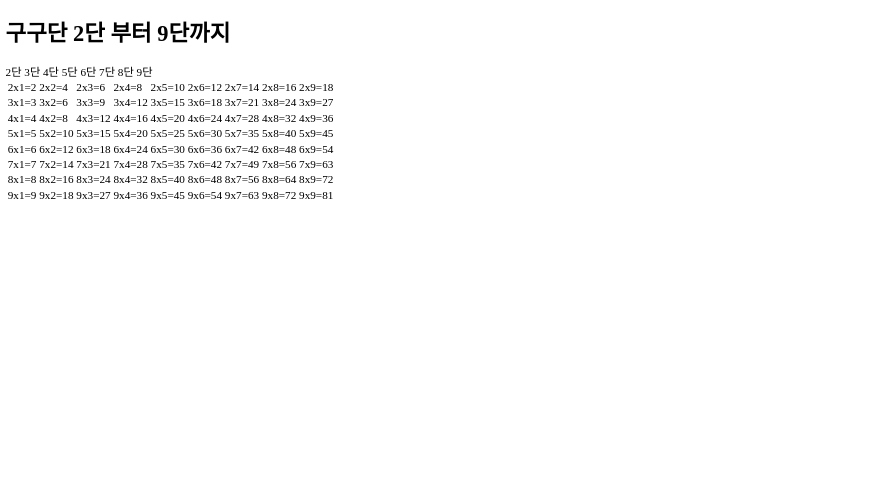
Repository: hyeongu135-ui/Jsp2026
Page: http://localhost/chapter01/test02.jsp
These files come from the project's save history. The page is drawn as it stood at one moment and after the next save; the edit follows.
The browser window is 1280 px wide. The pictures show the whole page, at 70% of full size.
The page is served by Tomcat 9.

Above is the page before, as saved 2026-10-16 04:03:42.

### chapter01/src/main/webapp/test02.jsp
<%@ page language="java" contentType="text/html; charset=UTF-8"
	pageEncoding="UTF-8" import="java.util.*"%>
<!DOCTYPE html>
<html>
<head>
<meta charset="UTF-8">
<title>Insert title here</title>
</head>
<body>
	<h1>구구단 2단 부터 9단까지</h1>
	<table>
		<%
		for (int i = 2; i < 10; i++) {%>
			<tr>
			<%out.print(i + "단");
			for (int j = 1; j < 10; j++) {
				int sum = (i * j);

		%>
		<td><%= i + "x" + j + "=" + sum %></td>
		<%
		}
		%>
		</tr>
		<%
		}
		%>
	</table>
</body>
</html>

After the next save:
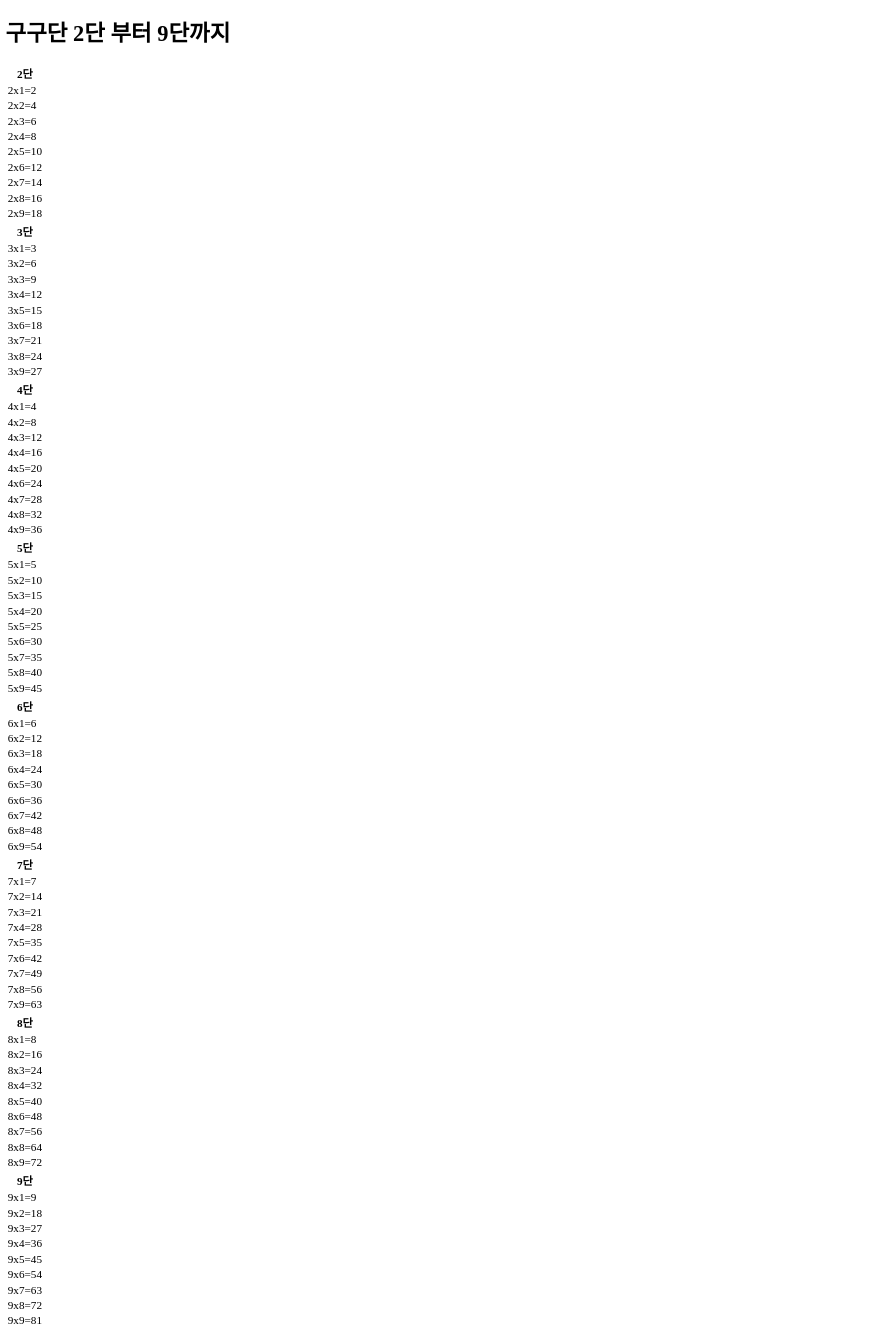
Saved 65 s later.
--- a/chapter01/src/main/webapp/test02.jsp
+++ b/chapter01/src/main/webapp/test02.jsp
@@ -11,17 +11,18 @@
 	<table>
 		<%
 		for (int i = 2; i < 10; i++) {%>
-			<tr>
-			<%out.print(i + "단");
-			for (int j = 1; j < 10; j++) {
+			<th>
+			<%out.print(i + "단");%>
+			</th>
+			<% for (int j = 1; j < 10; j++) {
 				int sum = (i * j);
 
 		%>
-		<td><%= i + "x" + j + "=" + sum %></td>
+		<tr><td><%= i + "x" + j + "=" + sum %></td></tr>
 		<%
 		}
 		%>
-		</tr>
+
 		<%
 		}
 		%>
